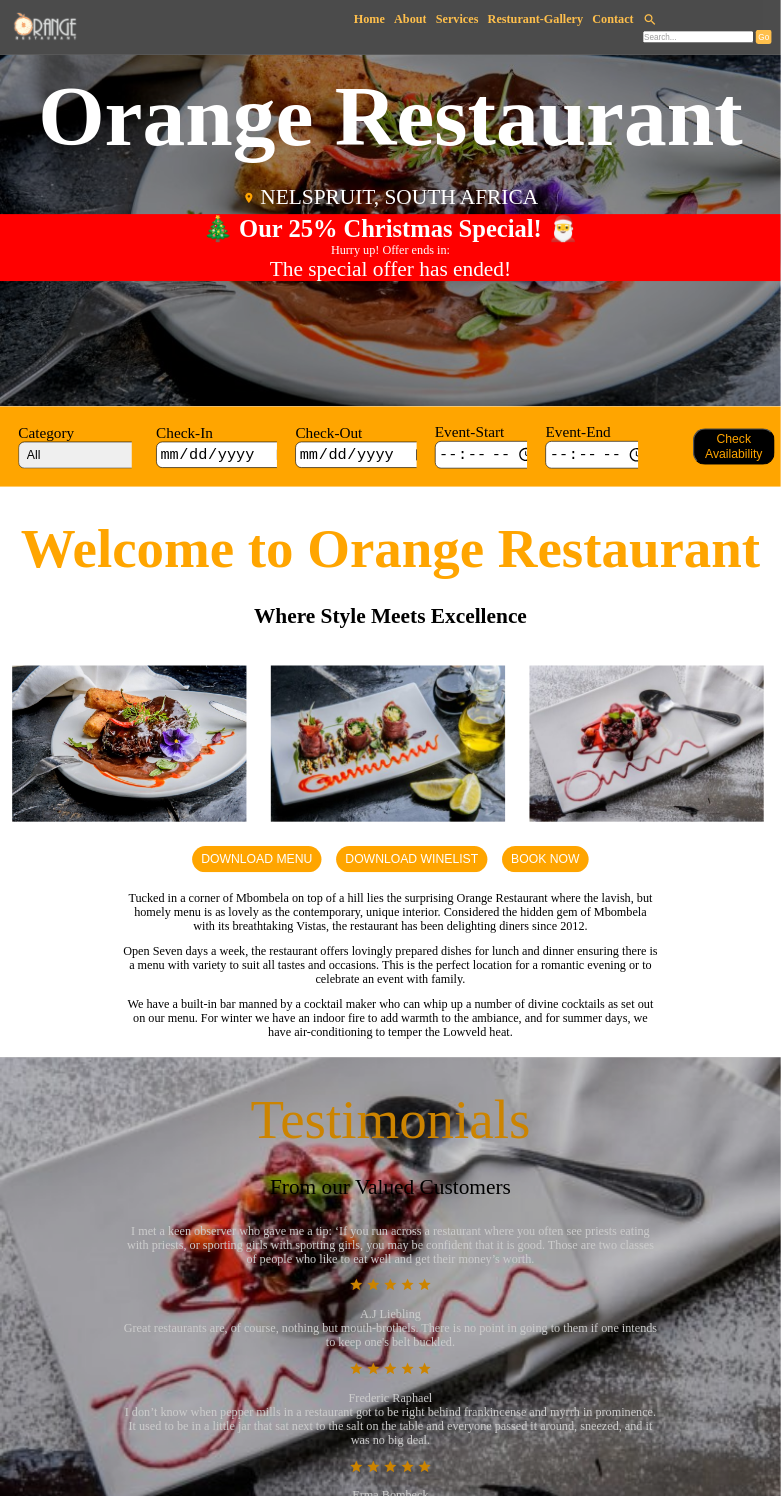
Repository: KaraboM20/KaraboUpdatedProjectOrang-Rest
Page: index.html
An editor plug-in stored every save of this project. The page is shown before and after a run of saves, followed by the edit.
The browser window is 1280 px wide. The pictures show the whole page, at 61% of full size.

Above is the page before, as saved 2025-01-31 13:54:28.

After the next 2 saves:
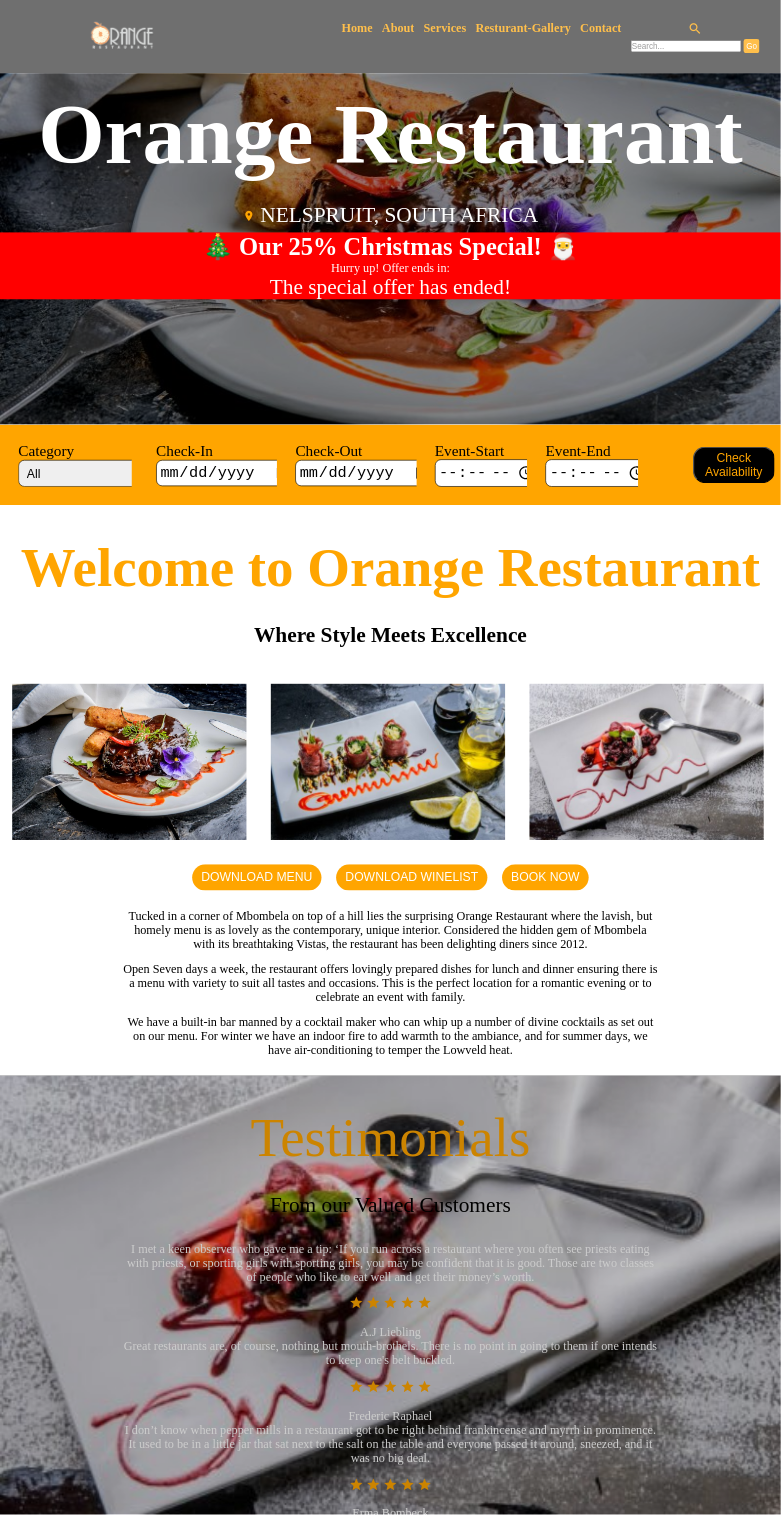
The 2 saves are shown as one change because they came seconds apart.
The last was saved 35 s later.
--- a/style.css
+++ b/style.css
@@ -11,8 +11,10 @@
     background-color: black;
     position: sticky;
     top: 0;
-    left: 0;
-    width: 100%;
+    background-color: #333;
+    color: white;
+    padding: 15px 20px;
+    text-align: center;
     z-index: 1000;
 
 

After the save that followed:
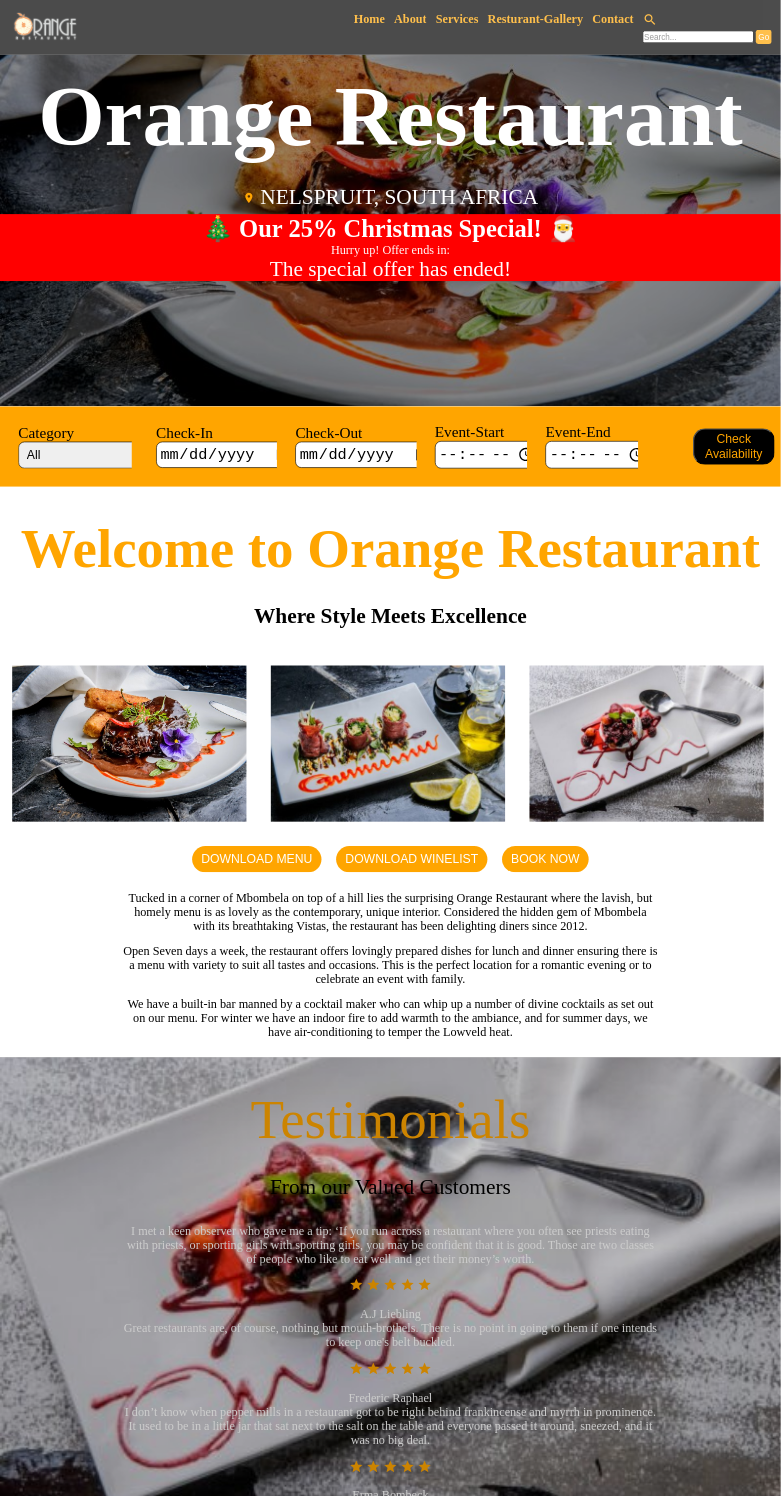
Saved 17 s later.
--- a/style.css
+++ b/style.css
@@ -9,13 +9,7 @@
 .nav-section {
     opacity: 0.7;
     background-color: black;
-    position: sticky;
-    top: 0;
-    background-color: #333;
-    color: white;
-    padding: 15px 20px;
-    text-align: center;
-    z-index: 1000;
+
 
 
 }
